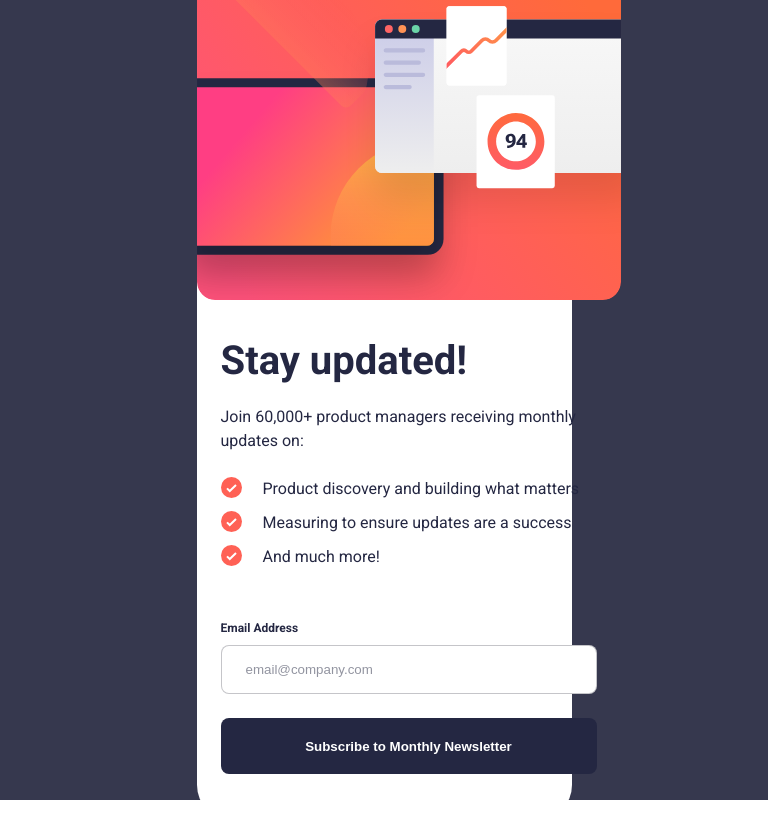
Repository: brandontaylor1/newsletter-signup
Page: index.html
These files come from the project's save history. The page is drawn as it stood at one moment and after the next save; the edit follows.
The browser window is 768 px wide. The pictures show the whole page.

Above is the page before, as saved 2025-01-20 08:52:24.

After the next save:
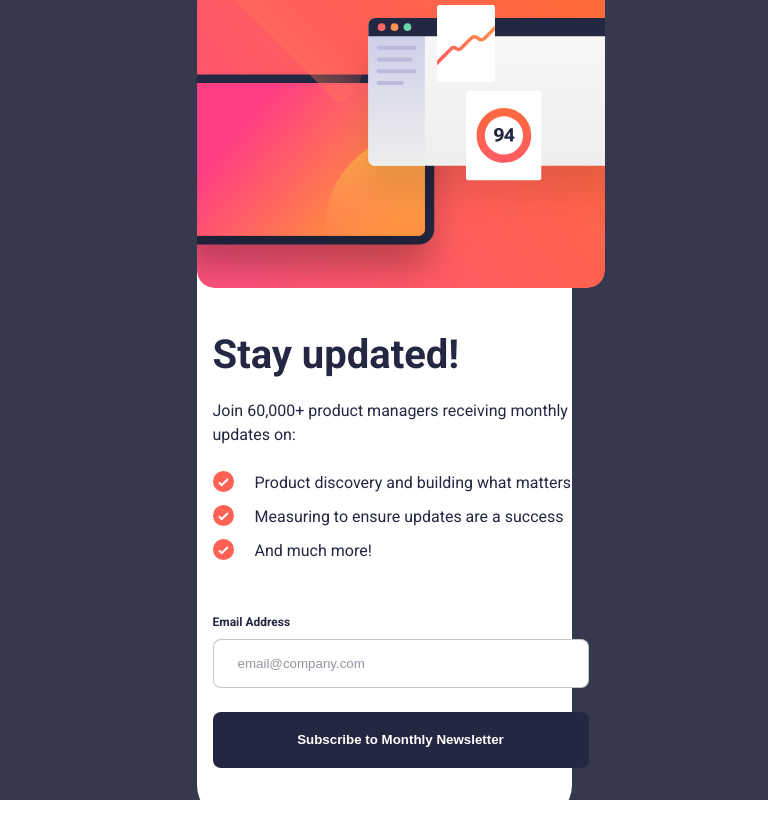
Saved 47 s later.
--- a/styles.css
+++ b/styles.css
@@ -201,13 +201,13 @@ label {
 
     .card {
         padding: 0;
-        width: 375px;
+        width: 375px    ;
         height: 842px;
     }
 
     .card-content {
         order: 2;
-        padding: 0 24px 0 24px;
+        padding: 24px 16px;
     }
 
 
